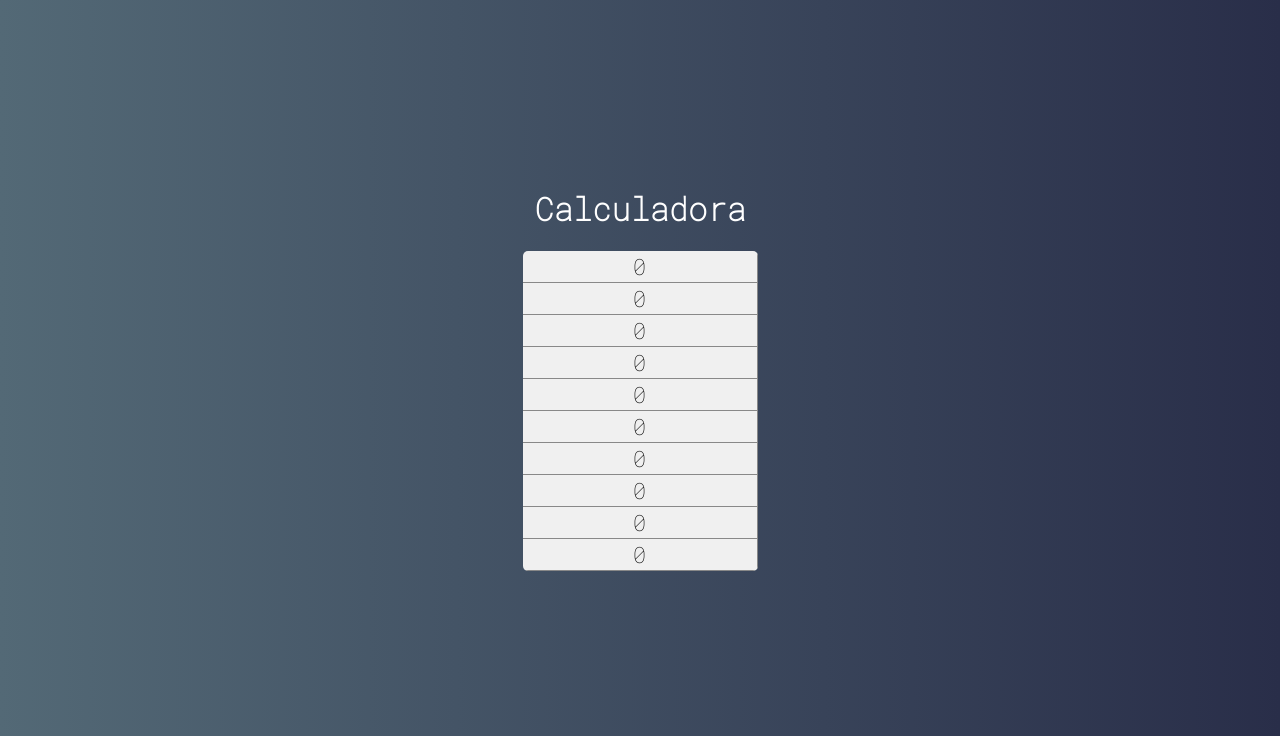
Repository: wellingtondevops/react-Calculator
Page: / (app in calculadora/)
An editor plug-in stored every save of this project. The page is shown before and after the next save, followed by the edit.
The browser window is 1280 px wide. The pictures show the whole page.
The project was rebuilt for these pictures with package versions that can differ from the ones it lists, and the page was loaded fresh each time.

Above is the page before, as saved 2020-05-07 14:29:43.

After the next save:
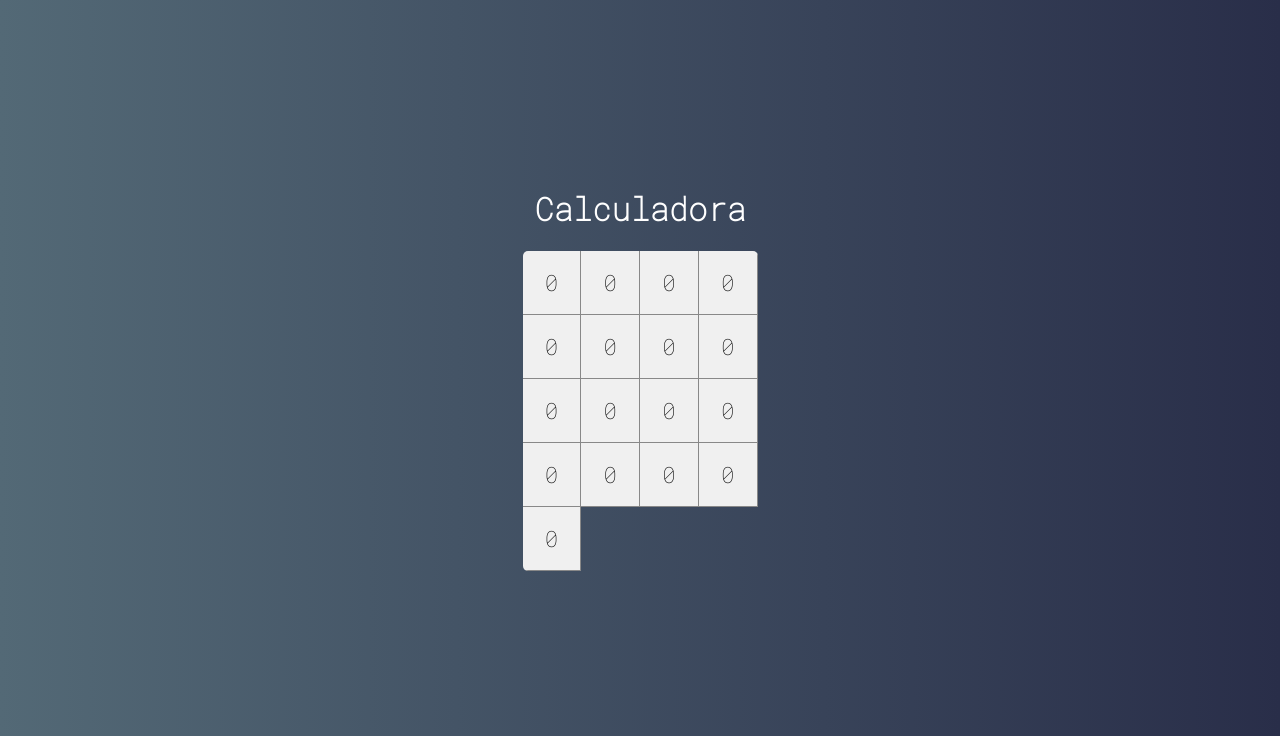
Saved 41 s later.
--- a/calculadora/src/main/Calculator.css
+++ b/calculadora/src/main/Calculator.css
@@ -4,4 +4,5 @@
     border-radius: 5px;
     overflow: hidden;
     display: grid;
+    grid-template-columns: repeat(4,25%);
 }
